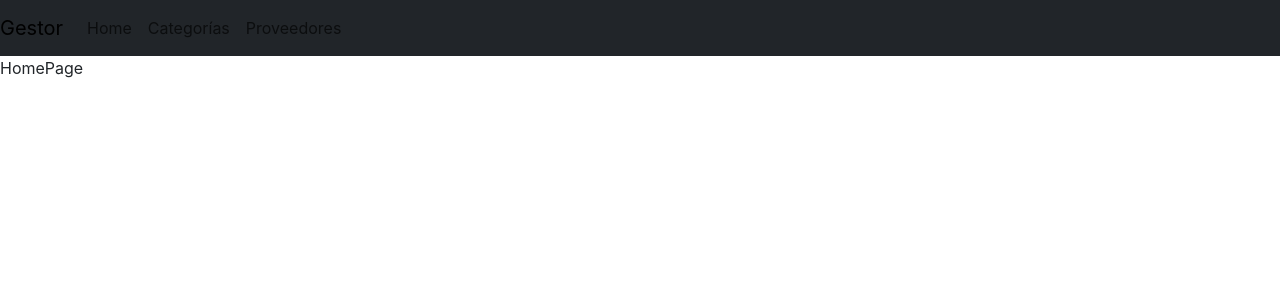
Repository: SantiagoGuaman/gestor-app
Page: /
These files come from the project's save history. The page is drawn as it stood at one moment and after a run of saves; the edit follows.
The browser window is 1280 px wide. The pictures show the whole page.
The project was rebuilt for these pictures with package versions that can differ from the ones it lists, and the page was loaded fresh each time. Also part of the build but not shown: src/App.css, src/Categories/GetDataCategories.js, src/Proveedores/GetDataProviders.js.

Above is the page before, as saved 2024-02-14 15:53:18.

### public/index.html
<!DOCTYPE html>
<html lang="en">
  <head>
    <meta charset="utf-8" />
    <link rel="icon" href="%PUBLIC_URL%/favicon.ico" />
    <meta name="viewport" content="width=device-width, initial-scale=1" />
    <meta name="theme-color" content="#000000" />
    <meta
      name="description"
      content="Web site created using create-react-app"
    />
    <link rel="apple-touch-icon" href="%PUBLIC_URL%/logo192.png" />
    <!--
      manifest.json provides metadata used when your web app is installed on a
      user's mobile device or desktop. See https://developers.google.com/web/fundamentals/web-app-manifest/
    -->
    <link href="https://cdn.jsdelivr.net/npm/bootstrap@5.3.2/dist/css/bootstrap.min.css" rel="stylesheet" integrity="sha384-T3c6CoIi6uLrA9TneNEoa7RxnatzjcDSCmG1MXxSR1GAsXEV/Dwwykc2MPK8M2HN" crossorigin="anonymous">
    <link rel="manifest" href="%PUBLIC_URL%/manifest.json" />
    <!--
      Notice the use of %PUBLIC_URL% in the tags above.
      It will be replaced with the URL of the `public` folder during the build.
      Only files inside the `public` folder can be referenced from the HTML.

      Unlike "/favicon.ico" or "favicon.ico", "%PUBLIC_URL%/favicon.ico" will
      work correctly both with client-side routing and a non-root public URL.
      Learn how to configure a non-root public URL by running `npm run build`.
    -->
    <title>Gestor APP</title>
  </head>
  <body>
    <noscript>You need to enable JavaScript to run this app.</noscript>
    <div id="root"></div>
    <!--
      This HTML file is a template.
      If you open it directly in the browser, you will see an empty page.

      You can add webfonts, meta tags, or analytics to this file.
      The build step will place the bundled scripts into the <body> tag.

      To begin the development, run `npm start` or `yarn start`.
      To create a production bundle, use `npm run build` or `yarn build`.
    -->
  </body>
  <script src="https://cdn.jsdelivr.net/npm/bootstrap@5.3.2/dist/js/bootstrap.bundle.min.js" integrity="sha384-C6RzsynM9kWDrMNeT87bh95OGNyZPhcTNXj1NW7RuBCsyN/o0jlpcV8Qyq46cDfL" crossorigin="anonymous"></script>
</html>

### src/App.js
import { BrowserRouter, Route, Routes } from 'react-router-dom';
import './App.css';
import GetDataCategories from './Categories/GetDataCategories';
import NavBar from './NavBar/NavBar';
import GetDataProviders from './Proveedores/GetDataProviders';
import HomePage from './HomePage/HomePage';

function App() {
  return (
    <div>
      <BrowserRouter>
        <NavBar />
        <Routes>
          <Route exact path='/' element={<HomePage />} />
          <Route exact path='/categories' element={<GetDataCategories />} />
          <Route exact path='/providers' element={<GetDataProviders />} />
        </Routes>
      </BrowserRouter>
    </div>
  );
}

export default App;

### src/NavBar/NavBar.js
import React from 'react'
import { Link } from 'react-router-dom'

function NavBar() {
    return (
        <nav className="navbar navbar-expand-lg navbar-light bg-dark lg">
            <Link className="navbar-brand" to="/">Gestor</Link>
            <button className="navbar-toggler" type="button" data-toggle="collapse" data-target="#navbarNav" aria-controls="navbarNav" aria-expanded="false" aria-label="Toggle navigation">
                <span className="navbar-toggler-icon"></span>
            </button>
            <div className="collapse navbar-collapse" id="navbarNav">
                <ul className="navbar-nav">
                    <li className="nav-item active">
                        <Link className="nav-link" to="/">Home</Link>
                    </li>
                    <li className="nav-item">
                        <Link className="nav-link" to="/categories">Categorías</Link>
                    </li>
                    <li className="nav-item">
                        <Link className="nav-link" to="/providers">Proveedores</Link>
                    </li>
                </ul>
            </div>
        </nav>
    )
}

export default NavBar

### src/HomePage/HomePage.js
import React from 'react'

function HomePage() {
  return (
    <div className=''>HomePage</div>
  )
}

export default HomePage

Loaded but not shown: src/index.js (common file); src/index.css (common file); src/reportWebVitals.js (common file)

After the next 2 saves:
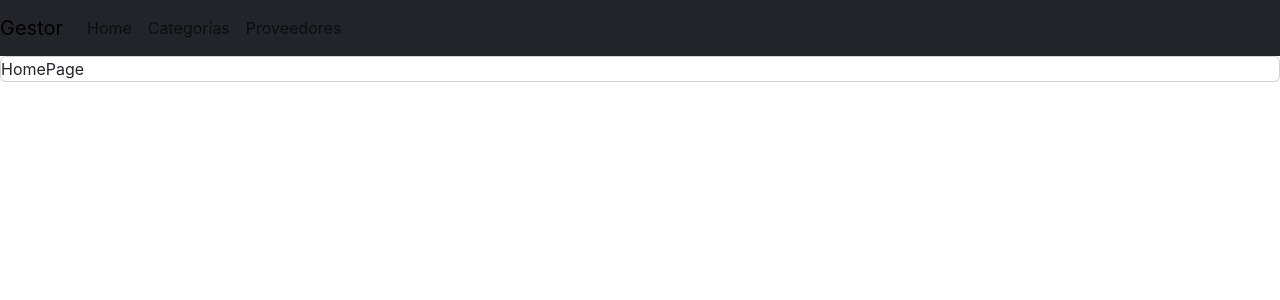
The 2 saves are shown as one change because they came seconds apart.
The last was saved 14 s later.
--- a/src/HomePage/HomePage.js
+++ b/src/HomePage/HomePage.js
@@ -2,7 +2,7 @@ import React from 'react'
 
 function HomePage() {
   return (
-    <div className=''>HomePage</div>
+    <div className='card'>HomePage</div>
   )
 }
 
